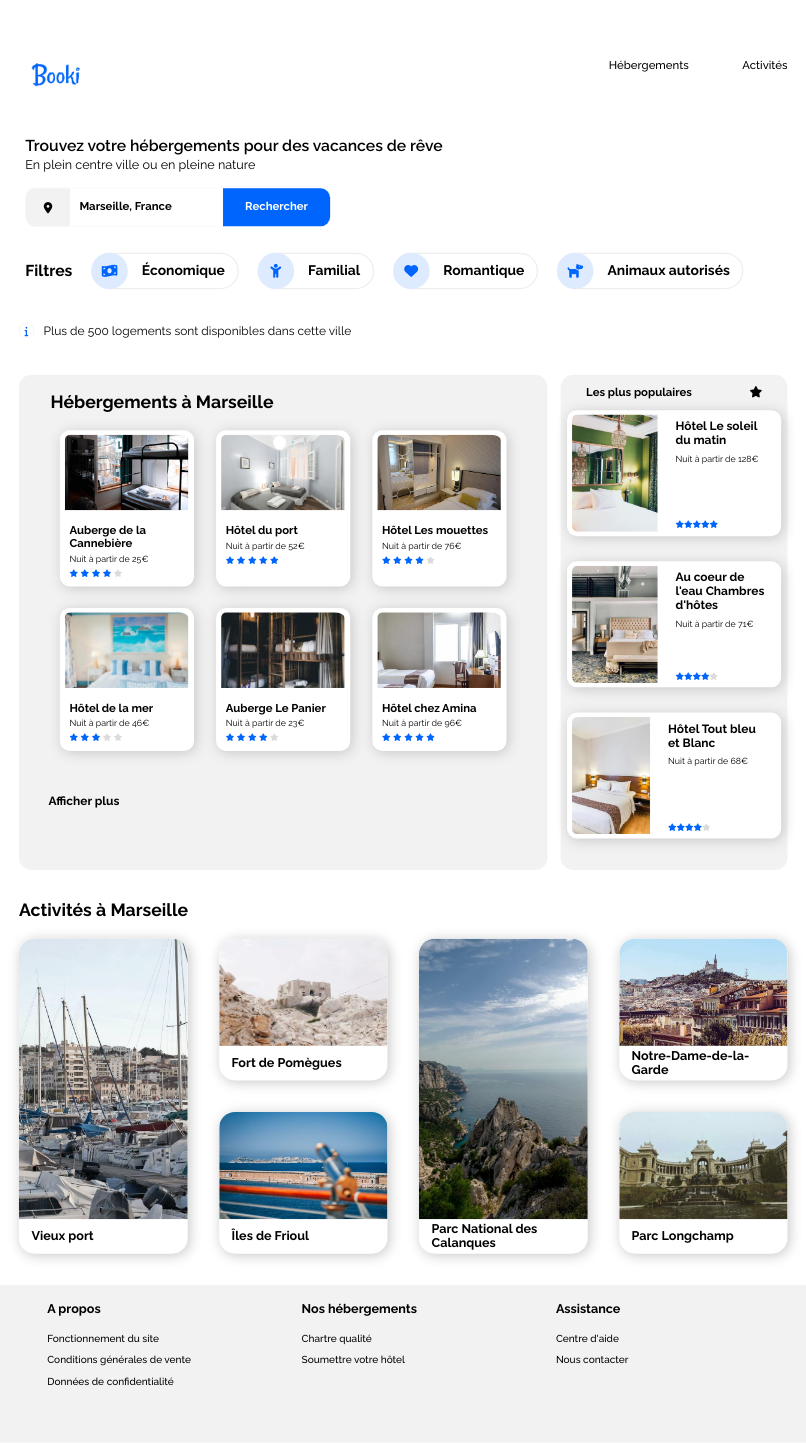
Repository: leandroBarbosaFR/booki
Page: index.html
These files come from the project's save history. The page is drawn as it stood at one moment and after a run of saves; the edit follows.
The browser window is 1280 px wide. The pictures show the whole page, at 63% of full size.

Above is the page before, as saved 2022-07-22 15:39:57.

After the next 2 saves:
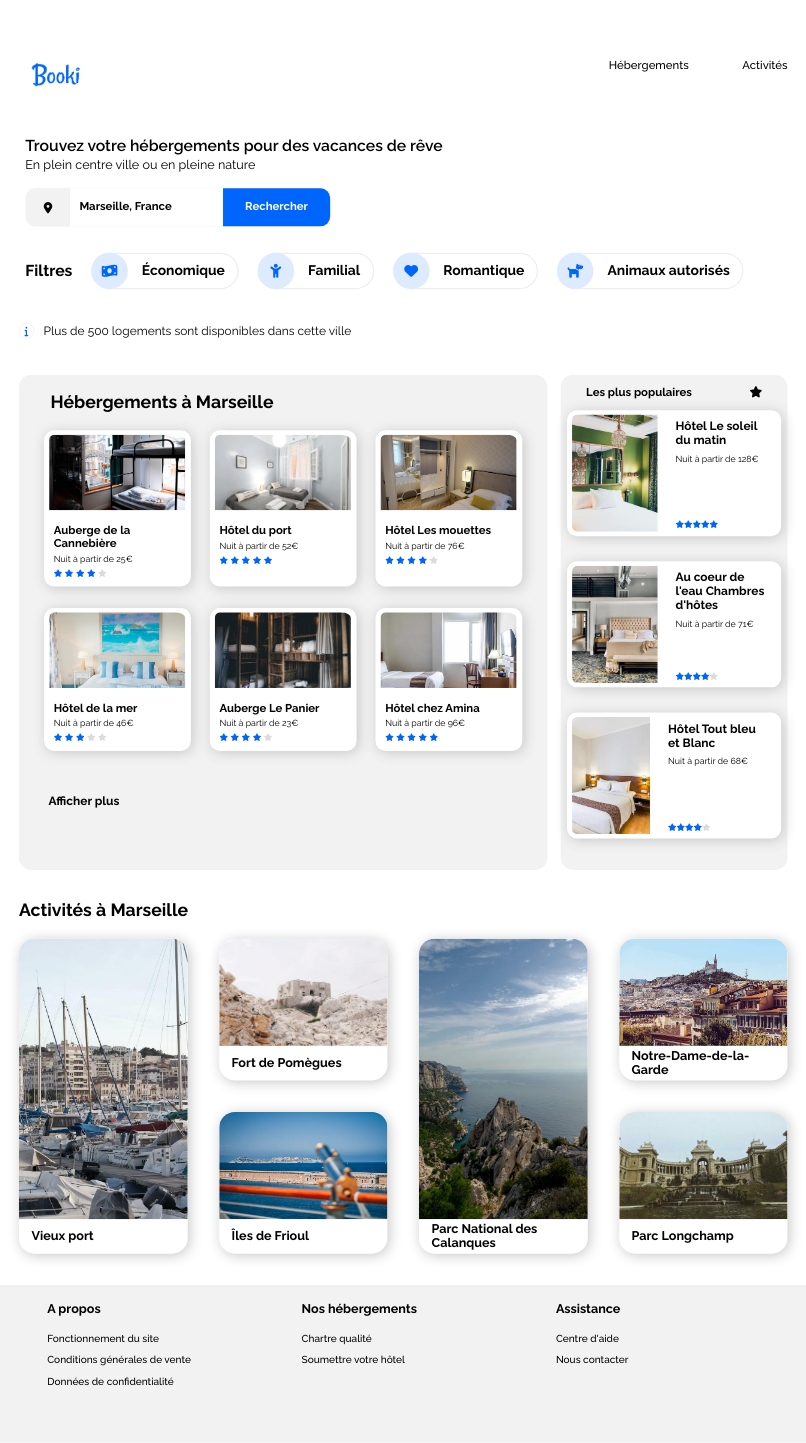
The 2 saves are shown as one change because they came seconds apart.
The last was saved 66 s later.
--- a/css/style.css
+++ b/css/style.css
@@ -224,7 +224,7 @@
   flex-wrap: wrap;
   justify-content: space-evenly;
   row-gap: 34px;
-  padding: 0 30px;
+  padding: 0 10px;
 }
 
 .hotelun {
